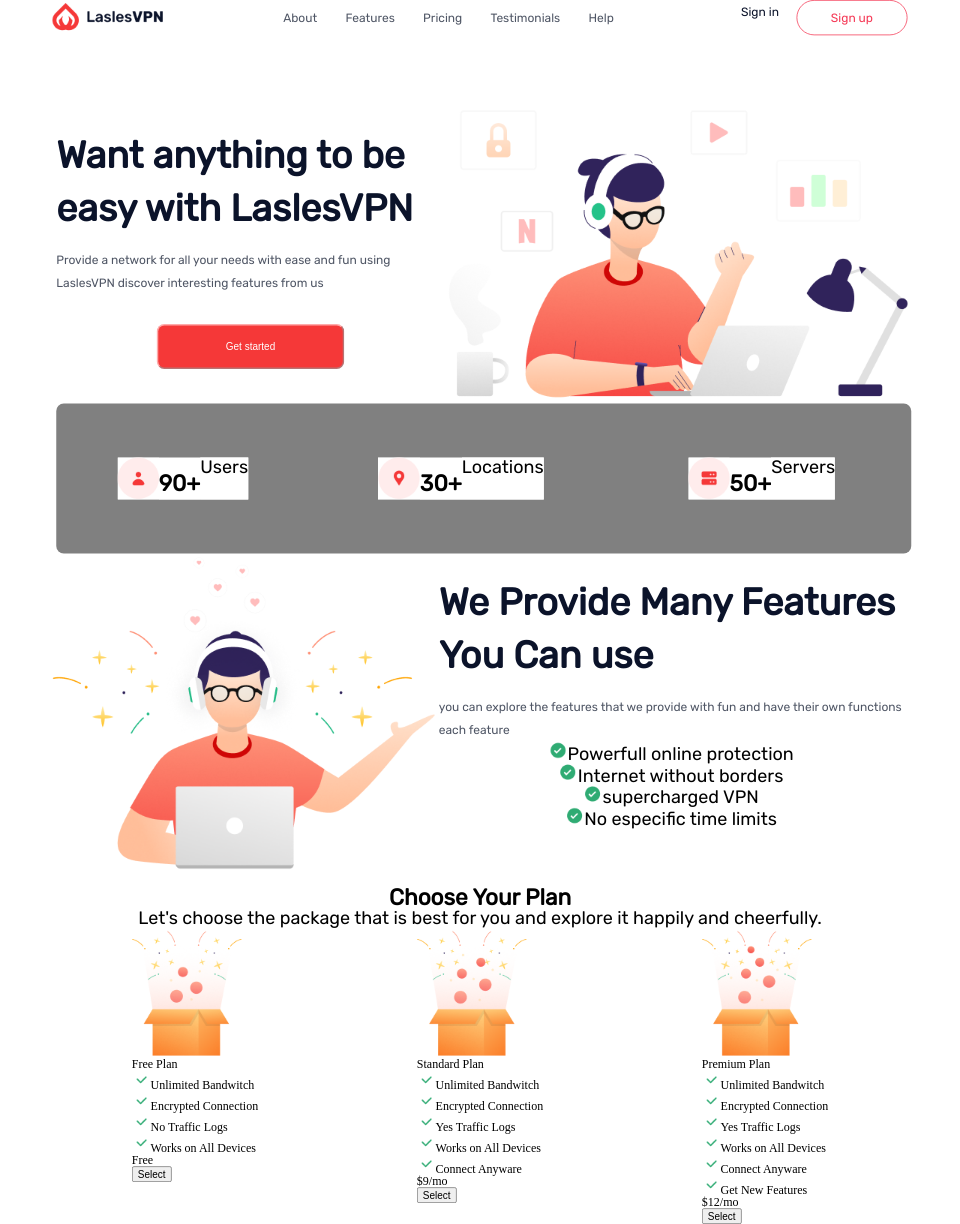
Repository: RaphaelMatheus-br/LP-251123
Page: index.html
An editor plug-in stored every save of this project. The page is shown before and after the next save, followed by the edit.
The browser window is 1280 px wide. The pictures show the whole page, at 75% of full size.

Above is the page before, as saved 2023-11-25 16:44:58.

### index.html
<!DOCTYPE html>
<html lang="en">

<head>
    <meta charset="UTF-8">
    <meta name="viewport" content="width=device-width, initial-scale=1.0">
    <title>Document</title>
    <link rel="stylesheet" href="style.css">
    <link rel="preconnect" href="https://fonts.googleapis.com">
<link rel="preconnect" href="https://fonts.gstatic.com" crossorigin>
<link href="https://fonts.googleapis.com/css2?family=Rubik&display=swap" rel="stylesheet">
</head>

<body>

<section class="container">
    <header class="header">
        <div class="logo">
            <img src="./imagens/Logo.png" alt="logo">
        </div>
        <div class="item1">
            <a href="#" class="item">About</a>
	        <a href="#" class="item">Features</a>
	        <a href="#" class="item">Pricing</a>
            <a href="#" class="item">Testimonials</a>
            <a href="#" class="item">Help</a>
        </div>
        <div class="item2">
            <div class="head__botao">
                <button class="botao1">Sign in</a>
            </div>
            <div class="head__botao--2">
                <button class="botao2">Sign up</a>
            </div>
        </div>
    </header>
</section>

<section class="container flex">
    <div class="box1">
        <div class="item">
            <h1 class="sobre__titulo">Want anything to be easy with LaslesVPN</h1>
            <p class="sobre__descricao">Provide a network for all your needs with ease and fun using LaslesVPN discover interesting features from us</p>
            <button class="sobre__botao">Get started</button>
        </div>
        <div class="img">
            <img src="./imagens/Illustration 1.png" alt="ilutracao__1">
        </div>
    </div>
</section>

<section class="container">
    <div class="item">
        <div class="rectangle">
            <div class="icons">
                <div class="user">
                    <img src="./imagens/user.png" alt="user__img">
                    <h1 class="sobre__user">90+</h1>
                    <p class="p__user">Users</p>
                </div>
                <div class="location">
                    <img src="./imagens/location.png" alt="location">
                    <h1 class="sobre__location">30+</h1>
                    <p class="p__location">Locations</p>
                </div>
                <div class="server">
                    <img src="./imagens/Server.png" alt="server">
                    <h1 class="sobre__server">50+</h1>
                    <p class="p__server">Servers</p>
                </div>
            </div>
        </div>
    </div>
</section>

<section class="container flex">
    <div class="box2">
            <div class="img">
                <img src="./imagens/Illustration 2.png" alt="ilutracao__2">
            </div>

            <div class="item">
                <h1 class="sobre__titulo">We Provide Many Features You Can use</h1>
                <p class="sobre__descricao">you can explore the features that we provide with fun and have their own functions each feature</p>
                <ul class="list">
                    <li><img src="./imagens/check.png" alt="check">Powerfull online protection</img></li>
                    <li><img src="./imagens/check.png" alt="check">Internet without borders</img></li>
                    <li><img src="./imagens/check.png" alt="check">supercharged VPN</img></li>
                    <li><img src="./imagens/check.png" alt="check">No especific time limits</img></li>
                </ul>
            </div>
    </div>
</section>

<section class="container flex" class="sessao__tres">
    <div class="item">
        <div class="choose__plan">
            <h1>Choose Your Plan</h1>
            <p>Let's choose the package that is best for you and explore it happily and cheerfully.</p>
        </div>
    </div>
</section>

<section class="container">
    <div class="box3">
                <div class="free plan">
                    <img src="./imagens/Free.png" alt="free">
                    <h3>Free Plan</h3>
                    <ul>
                        <li><img src="./imagens/jam_check.png">Unlimited Bandwitch</li>
                        <li><img src="./imagens/jam_check.png">Encrypted Connection</li>
                        <li><img src="./imagens/jam_check.png">No Traffic Logs</li>
                        <li><img src="./imagens/jam_check.png">Works on All Devices</li>
                    </ul>
                    <h2>Free</h2>
                    <button class="price__botao">Select</button>
                </div>

                <div class="Standard plan">
                    <img src="./imagens/Standard.png" alt="standard">
                    <h3>Standard Plan</h3>
                    <ul>
                        <li><img src="./imagens/jam_check.png">Unlimited Bandwitch</li>
                        <li><img src="./imagens/jam_check.png">Encrypted Connection</li>
                        <li><img src="./imagens/jam_check.png">Yes Traffic Logs</li>
                        <li><img src="./imagens/jam_check.png">Works on All Devices</li>
                        <li><img src="./imagens/jam_check.png">Connect Anyware</li>
                    </ul>
                    <h2>$9/mo</h2>
                    <button class="price__botao">Select</button>
                </div>

                <div class="Premium plan">
                    <img src="./imagens/Premium.png" alt="premium">
                    <h3>Premium Plan</h3>
                    <ul>
                        <li><img src="./imagens/jam_check.png">Unlimited Bandwitch</li>
                        <li><img src="./imagens/jam_check.png">Encrypted Connection</li>
                        <li><img src="./imagens/jam_check.png">Yes Traffic Logs</li>
                        <li><img src="./imagens/jam_check.png">Works on All Devices</li>
                        <li><img src="./imagens/jam_check.png">Connect Anyware</li>
                        <li><img src="./imagens/jam_check.png">Get New Features</li>
                    </ul>
                    <h2>$12/mo</h2>
                    <button class="price__botao">Select</button>
                </div>
    </div>
</section>

</body>
</html>

### style.css
html, body, div, span, applet, object, iframe,
h1, h2, h3, h4, h5, h6, p, blockquote, pre,
a, abbr, acronym, address, big, cite, code,
del, dfn, em, img, ins, kbd, q, s, samp,
small, strike, strong, sub, sup, tt, var,
b, u, i, center,
dl, dt, dd, ol, ul, li,
fieldset, form, label, legend,
table, caption, tbody, tfoot, thead, tr, th, td,
article, aside, canvas, details, embed,
figure, figcaption, footer, header, hgroup,
menu, nav, output, ruby, section, summary,
time, mark, audio, video {
	margin: 0;
	padding: 0;
	border: 0;
	font-size: 100%;
	font: inherit;
	vertical-align: baseline;
    background: white;
}
/* HTML5 display-role reset for older browsers */
article, aside, details, figcaption, figure,
footer, header, hgroup, menu, nav, section {
	display: block;
}
body {
	line-height: 1;
}

ol, ul {
	list-style: none;
}
blockquote, q {
	quotes: none;
}
blockquote:before, blockquote:after,
q:before, q:after {
	content: '';
	content: none;
}
table {
	border-collapse: collapse;
	border-spacing: 0;
}

.container {
    max-width: 1140px;
    margin: 0 auto;
    position: relative;
}

.header {
    display: flex;
    justify-content: space-between;
    align-items: center;
    width: 100%;
}
/* Flex Item */
.item {
	margin: 5px;
	text-align: center;
	font-size: 1.5em;
    font-family: Rubik;
}

.item1 {
    display:flex;
    align-items: center;
    justify-content: space-between;
    max-width: 451px;
    width: 100%;
}

.item1 a{
    color: #4F5665;
    font-family: Rubik;
    font-size: 16px;
    font-style: normal;
    font-weight: 400;
    line-height: normal;
    text-decoration: none;
}

.item2 {
display: flex;
justify-content: space-between;
max-width: 233px;
width: 100%;
}

.botao1 {
    color: #0B132A;
    font-family: Rubik;
    font-size: 16px;
    font-style: normal;
    font-weight: 500;
    line-height: normal;
    background-color: transparent;
    border: none;
}

.botao2{
    color: #F53855;
    font-family: Rubik;
    font-size: 16px;
    font-style: normal;
    font-weight: 500;
    line-height: normal;
    padding: 13px 45px;
    border-radius: 50px;
    border: 1px solid #F53855;
    background-color: transparent;
}

.head__botao {
    margin: 5px;
	text-align: center;
	font-size: 0.8em;
    font-weight: 700;
}

.head__botao a {
    color: #4F5665;
    font-family: Rubik;
    font-size: 16px;
    font-style: normal;
    font-weight: 400;
    line-height: normal;
    text-decoration: none;
}

h1 {
	text-align: center;
	margin: 20px 0 0 0;
	font-size: 1.25em;
	font-weight: 700;
}

.box1 {
    display: flex;
    margin-top: 100px;
}

.box2 {
    display: flex;
}

.box3 {
    display: flex;
}
.sobre__titulo {
    font-weight: 700;
    color: #0B132A;
    font-family: Rubik;
    font-size: 50px;
    font-style: normal;
    font-weight: 700;
    line-height: 70px;
    text-align: left;
}

.sobre__descricao {
    color: #4F5665;
    font-family: Rubik;
    font-size: 16px;
    font-style: normal;
    font-weight: 400;
    line-height: 30px; /* 187.5% */
    text-align: left;
    margin-top: 20px;
}

.sobre__botao {
width: 250px;
height: 60px;
flex-shrink: 0;
border-radius: 10px;
border-color: rgba(255, 193, 193, 0.842);
background: #F53838;
color: white;
margin-top: 40px;
}

.rectangle {
width: 1140px;
height: 200px;
flex-shrink: 0;
border-radius: 10px;
background: gray;
border-color: white;
}

.icons {
width: 100%;
height: 100%;
flex-shrink: 0;
display: flex;
align-items: center;
position: absolute;
max-width: 100%;
justify-content: space-around;
background-color: transparent;
}

.user {
display: flex;
}

.sobre__user h1{
    margin: none;
    background-color: red;
}

.location {
display: flex;;
margin-right: 20px;
margin-left: 10px;
}

.server {
display: flex;;
margin-right: 20px;
margin-left: 10px;
}


.sessao__tres{
    background-color: grey;
    align-content: center;
    padding-top: 50px;
}

.box3 {
    display: flex;
    width: 100%;
    justify-content: space-around;
}

After the next save:
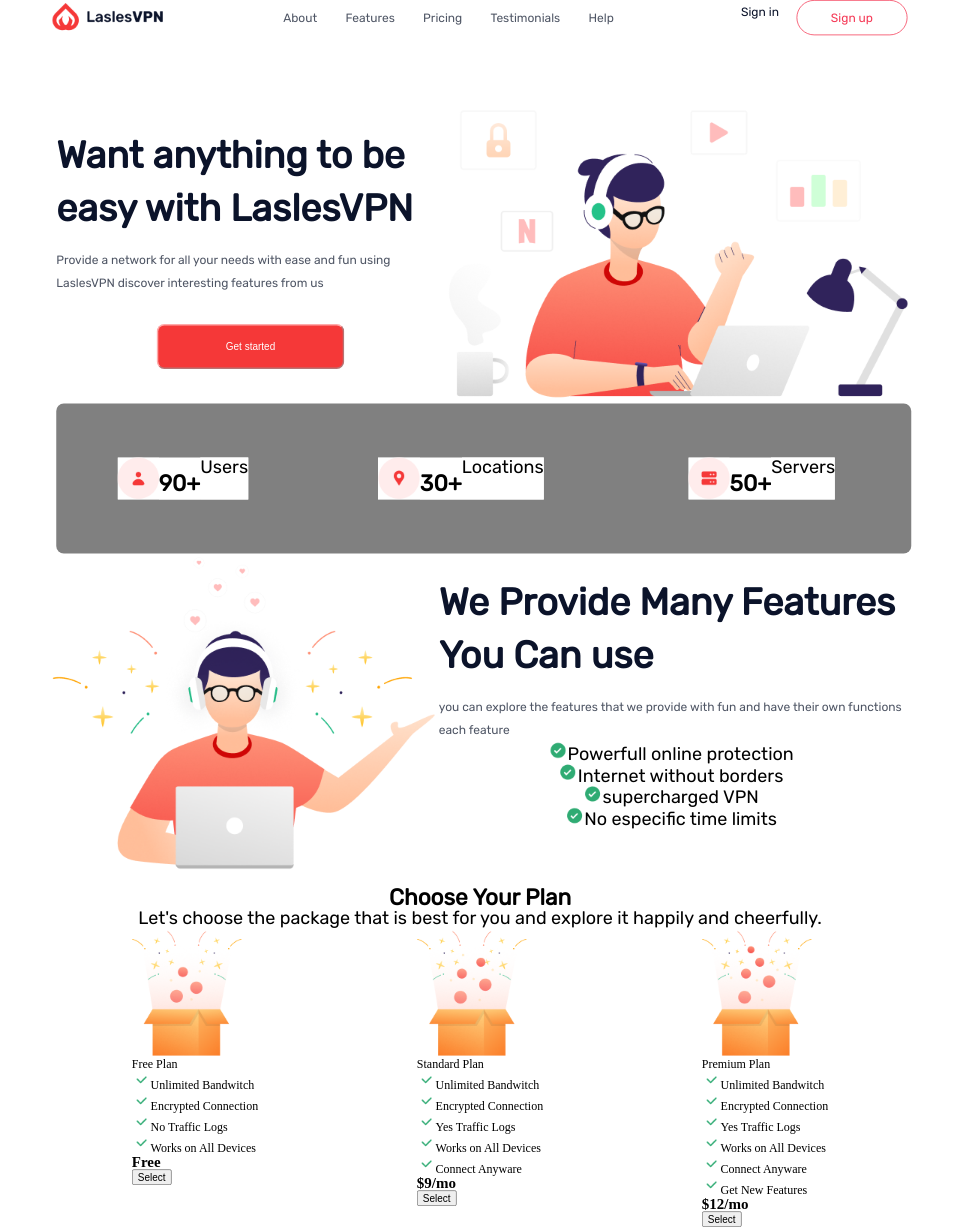
Saved 2 min 54 s later.
--- a/style.css
+++ b/style.css
@@ -207,9 +207,10 @@
 display: flex;
 }
 
-.sobre__user h1{
-    margin: none;
-    background-color: red;
+h2 {
+    margin: 0;
+    font-size: 1.25em;
+	font-weight: 700;
 }
 
 .location {
